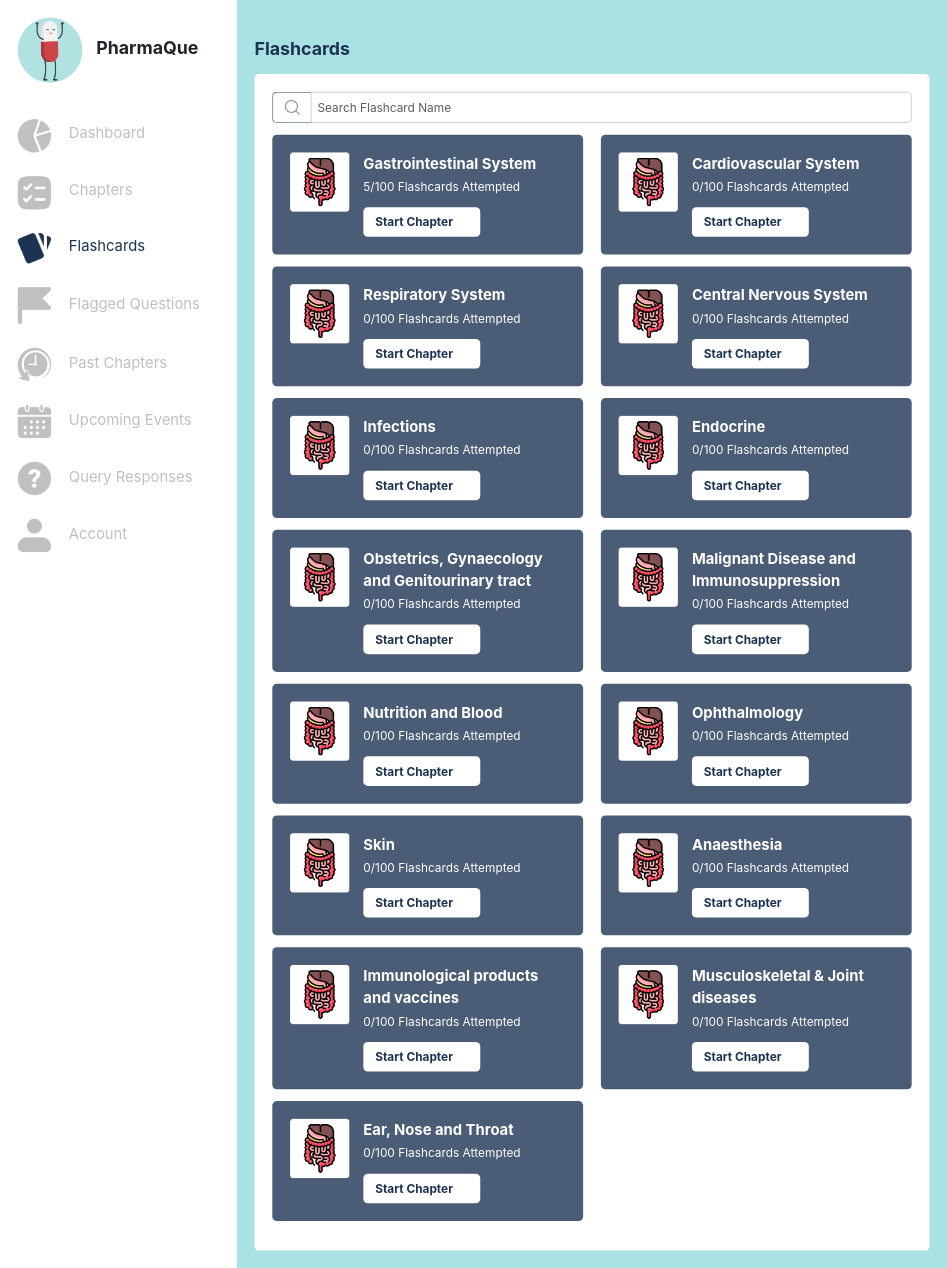
Repository: Kronium345/new_pharmaque_web_app
Page: /flashcards
An editor plug-in stored every save of this project. The page is shown before and after the next save, followed by the edit.
The browser window is 1280 px wide. The pictures show the whole page, at 74% of full size.
The page's requests for data from a server got no answer. The project was rebuilt for these pictures with package versions that can differ from the ones it lists, and the page was loaded fresh each time. No one was signed in, and anything a server would have sent is missing. Also part of the build but not shown: src/pages/Login.js, src/pages/MyAccount.js, src/pages/UpcomingEvents.js, src/pages/UpcomingEvents2.js, src/pages/Chapters.js, src/pages/Dashboard.js, src/pages/FlaggedQuestions.js, src/pages/FlashcardQuestion.js and 34 more.

Above is the page before, as saved 2024-03-10 22:53:32.

### public/index.html
<!DOCTYPE html>
<html lang="en">
  <head>
    <meta charset="utf-8" />
    <link rel="icon" type="image/x-icon" href="images/favicon.ico">
    <link href="https://cdn.jsdelivr.net/npm/bootstrap@5.3.2/dist/css/bootstrap.min.css" rel="stylesheet" integrity="sha384-T3c6CoIi6uLrA9TneNEoa7RxnatzjcDSCmG1MXxSR1GAsXEV/Dwwykc2MPK8M2HN" crossorigin="anonymous">
    <link href="style.css" rel="stylesheet">
    <meta name="viewport" content="width=device-width, initial-scale=1" />
    <meta name="theme-color" content="#000000" />
    <meta
      name="description"
      content="Web site created using create-react-app"
    />
    <link rel="apple-touch-icon" href="%PUBLIC_URL%/logo192.png" />
    <!--
      manifest.json provides metadata used when your web app is installed on a
      user's mobile device or desktop. See https://developers.google.com/web/fundamentals/web-app-manifest/
    -->
    <link rel="manifest" href="%PUBLIC_URL%/manifest.json" />
    <!--
      Notice the use of %PUBLIC_URL% in the tags above.
      It will be replaced with the URL of the `public` folder during the build.
      Only files inside the `public` folder can be referenced from the HTML.

      Unlike "/favicon.ico" or "favicon.ico", "%PUBLIC_URL%/favicon.ico" will
      work correctly both with client-side routing and a non-root public URL.
      Learn how to configure a non-root public URL by running `npm run build`.
    -->
    <title>PharmaQue Web App</title>
  </head>
  <body>
    <noscript>You need to enable JavaScript to run this app.</noscript>
    <div id="root"></div>
    <!--
      This HTML file is a template.
      If you open it directly in the browser, you will see an empty page.

      You can add webfonts, meta tags, or analytics to this file.
      The build step will place the bundled scripts into the <body> tag.

      To begin the development, run `npm start` or `yarn start`.
      To create a production bundle, use `npm run build` or `yarn build`.
    -->

    <script src = "script.js"></script>
  </body>
</html>

### src/pages/Flashcards.js
import axios from "axios";
import React, { useEffect } from "react";
import { useNavigate, Link } from "react-router-dom";
const Flashcards = () => {
  const navigate = useNavigate("");

  axios.defaults.withCredentials = true;
  useEffect(() => {
    axios.get("http://localhost:7171/auth/verify").then((res) => {
      if (res.data.status) {
      } else {
        navigate("/myaccount");
      }
      console.log(res);
    });
  }, []);

  return (
    <main>
      <div class="container-fluid p-0">
        <div class="row g-0">
          <div class="col-sm-3 leftnavigation p-4">
            <Link class="navbar-brand" to="/flashcards">
              <img src="images/Logo.png" alt="PharmaQue Logo" class="logo1" />
              <span class="fs-4 fw-bold mx-3">PharmaQue</span>
            </Link>
            <Link to="/dashboard" class="removeunderline inactivelink">
              <p class="pt-5 pb-3 m-0">
                <img
                  src="images/DashboardGrey.png"
                  class="navigationicon"
                  alt="navigation"
                />
                <span class="fs-5 navigationoption mx-4">Dashboard</span>
              </p>
            </Link>
            <Link to="/chapters" class="removeunderline inactivelink">
              <p class="py-3 m-0">
                <img
                  src="images/ChaptersGrey.png"
                  class="navigationicon"
                  alt="navigation"
                />
                <span class="fs-5 navigationoption mx-4">Chapters</span>
              </p>
            </Link>
            <Link to="/flashcards" class="removeunderline activelink">
              <p class="py-3 m-0">
                <img
                  src="images/FlashcardsColour.png"
                  class="navigationicon"
                  alt="navigation"
                />
                <span class="fs-5 navigationoption mx-4">Flashcards</span>
              </p>
            </Link>
            <Link to="/flaggedquestions" class="removeunderline inactivelink">
              <p class="py-3 m-0">
                <img
                  src="images/FlaggedQuestionsGrey.png"
                  class="navigationicon"
                  alt="navigation"
                />
                <span class="fs-5 navigationoption mx-4">
                  Flagged Questions
                </span>
              </p>
            </Link>
            <Link to="/pastchapters" class="removeunderline inactivelink">
              <p class="py-3 m-0">
                <img
                  src="images/PastChaptersGrey.png"
                  class="navigationicon"
                  alt="navigation"
                />
                <span class="fs-5 navigationoption mx-4">Past Chapters</span>
              </p>
            </Link>
            <Link to="/upcomingevents" class="removeunderline inactivelink">
              <p class="py-3 m-0">
                <img
                  src="images/UpcomingEventsGrey.png"
                  class="navigationicon"
                  alt="navigation"
                />
                <span class="fs-5 navigationoption mx-4">Upcoming Events</span>
              </p>
            </Link>
            <Link to="/queryresponses" class="removeunderline inactivelink">
              <p class="py-3 m-0">
                <img
                  src="images/QueryResponsesGrey.png"
                  class="navigationicon"
                  alt="navigation"
                />
                <span class="fs-5 navigationoption mx-4">Query Responses</span>
              </p>
            </Link>
            <Link to="/myaccount" class="removeunderline inactivelink">
              <p class="py-3 m-0">
                <img
                  src="images/AccountGrey.png"
                  class="navigationicon"
                  alt="navigation"
                />
                <span class="fs-5 navigationoption mx-4">Account</span>
              </p>
            </Link>
          </div>
          <div class="col-sm-9 p-4 maincontent">
            <p class="fs-4 mt-4 fw-bold navybluetext">Flashcards</p>
            <div class="row">
              <div class="col-sm-12">
                <div class="card p-4">
                  <form class="d-flex mb-3" role="search">
                    <div class="input-group">
                      <span class="input-group-text">
                        <img
                          src="images/SearchIcon.png"
                          class="smallericon mx-1"
                          alt="search"
                        />
                      </span>
                      <input
                        class="form-control px-2 py-2"
                        type="search"
                        placeholder="Search Flashcard Name"
                        aria-label="Search"
                      />
                    </div>
                  </form>
                  {FLASHCARDS.map((row, index) => (
                    <div class="row" key={index}>
                      {row.map((chapter, index) => (
                        <div class="col-sm-6 mb-3" key={index}>
                          <div class="card p-4 mediumbluebg">
                            <div class="row">
                              <div class="col-sm-3">
                                <img
                                  src="images/GastroIcon.png"
                                  class="icon"
                                  alt="icon"
                                />
                              </div>
                              <div class="col-sm-9">
                                <p class="fs-5 fw-bold whitetext mb-1">
                                  {chapter.name}
                                </p>
                                <p class="fs-6 whitetext mb-3">
                                  {chapter.questionsAttempted}
                                </p>

                                <Link
                                  to={chapter.link}
                                  class="removeunderline boldtext navybluetext fw-bold"
                                >
                                  <div class="px-3 py-2 whitebg pseudobutton">
                                    Start Chapter
                                  </div>
                                </Link>
                              </div>
                            </div>
                          </div>
                        </div>
                      ))}
                    </div>
                  ))}
                </div>
              </div>
            </div>
          </div>
        </div>
      </div>

      <script
        src="https://cdn.jsdelivr.net/npm/bootstrap@5.3.2/dist/js/bootstrap.bundle.min.js"
        integrity="sha384-C6RzsynM9kWDrMNeT87bh95OGNyZPhcTNXj1NW7RuBCsyN/o0jlpcV8Qyq46cDfL"
        crossorigin="anonymous"
      ></script>
      <script src="script.js"></script>
    </main>
  );
};

export default Flashcards;

const FLASHCARDS = [
  [
    {
      name: "Gastrointestinal System",
      image: "images/GastroIcon.png",
      questionsAttempted: "5/100 Flashcards Attempted",
      link: "/flashcardquestion",
    },
    {
      name: "Cardiovascular System",
      image: "images/CardioIcon.png",
      questionsAttempted: "0/100 Flashcards Attempted",
      link: "/flashcardquestion",
    },
  ],
  [
    {
      name: "Respiratory System",
      image: "images/RespiratoryIcon.png",
      questionsAttempted: "0/100 Flashcards Attempted",
      link: "/flashcardquestion",
    },
    {
      name: "Central Nervous System",
      image: "images/CNSIcon.png",
      questionsAttempted: "0/100 Flashcards Attempted",
      link: "/flashcardquestion",
    },
  ],
  [
    {
      name: "Infections",
      image: "images/InfectionsIcon.png",
      questionsAttempted: "0/100 Flashcards Attempted",
      link: "/flashcardquestion",
    },
    {
      name: "Endocrine",
      image: "images/EndocrineIcon.png",
      questionsAttempted: "0/100 Flashcards Attempted",
      link: "/flashcardquestion",
    },
  ],
  [
    {
      name: "Obstetrics, Gynaecology and Genitourinary tract",
      image: "images/GynaecologyIcon.png",
      questionsAttempted: "0/100 Flashcards Attempted",
      link: "/flashcardquestion",
    },
    {
      name: "Malignant Disease and Immunosuppression",
      image: "images/MalignantIcon.png",
      questionsAttempted: "0/100 Flashcards Attempted",
      link: "/flashcardquestion",
    },
  ],
  [
    {
      name: "Nutrition and Blood",
      image: "images/BloodIcon.png",
      questionsAttempted: "0/100 Flashcards Attempted",
      link: "/flashcardquestion",
    },
    {
      name: "Ophthalmology",
      image: "images/EyeIcon.png",
      questionsAttempted: "0/100 Flashcards Attempted",
      link: "/flashcardquestion",
    },
  ],
  [
    {
      name: "Skin",
      image: "images/SkinIcon.png",
      questionsAttempted: "0/100 Flashcards Attempted",
      link: "/flashcardquestion",
    },
    {
      name: "Anaesthesia",
      image: "images/AnaesthesiaIcon.png",
      questionsAttempted: "0/100 Flashcards Attempted",
      link: "/flashcardquestion",
    },
  ],
  [
    {
      name: "Immunological products and vaccines",
      image: "images/ImmunoIcon.png",
      questionsAttempted: "0/100 Flashcards Attempted",
      link: "/flashcardquestion",
    },
    {
      name: "Musculoskeletal & Joint diseases",
      image: "images/MusculoIcon.png",
      questionsAttempted: "0/100 Flashcards Attempted",
      link: "/flashcardquestion",
    },
  ],
  [
    {
      name: "Ear, Nose and Throat",
      image: "images/ENTIcon.png",
      questionsAttempted: "0/100 Flashcards Attempted",
      link: "/flashcardquestion",
    },
  ],
];

### src/quiz-styles/reset.css
.mainbg {
    background-image: url("./Blob.png");
    background-repeat: no-repeat;
    background-position: right;
    background-size: contain;
    background-color: #E9FFF9;
    min-height: 100vh;
}

.logo {

    max-width: 100px;
}

.smallicon {
    max-width: 25px;
    max-height: auto;
}

.smallericon {
    max-width: 20px;
    max-height: auto;
}

.tinyicon {
    max-width: 10px;
    max-height: auto;
}

.leftside {
    background-color: white;
    border-top-left-radius: 2%;
    border-bottom-left-radius: 2%;
}

.rightside {
    background-color: #9ED8D8;
    border-top-right-radius: 2%;
    border-bottom-right-radius: 2%;
}

.leftalign {
    text-align: left;
}

.form-label {
    font-size: 1.1rem;
}


.floatright {
    float: right;
}

.link {
    text-decoration: none;
    color: #212529;
}

.link:hover {
    font-weight: bold;
    text-decoration: underline;
}

.btn-primary {
    background-color: #1D3354;
    padding-top: 1%;
    padding-bottom: 2%;
    padding-left: 8%;
    padding-right: 8%;
}

.back {
    padding-left: 0%;
}

.btn-primary:hover {
    background-color: #212529;

}

### public/style.css
body {
  font: Helvetica;
}

.center {
  text-align: center;
}


.logo {

  max-width: 100px;
}

.logo1 {
  max-width: 90px;
}

.icon {
  max-width: 80px;
}

.midsizeicon {
  max-width: 70px;
}

.littlemidsizeicon {
  max-width: 60px;
}

.mediumicon {
  max-width: 40px;
}

.moderateicon {
  max-width: 30px;
}

.inline {
  display: inline !important;
}

.mainbg {
  background-image: url(images/Blob.png);
  background-repeat: no-repeat;
  background-position: right;
  background-size: contain;
  background-color: #E9FFF9;
}

.smallicon {
  max-width: 25px;
  max-height: auto;
}

.smallericon {
  max-width: 20px;
  max-height: auto;
}

.tinyicon {
  max-width: 10px;
  max-height: auto;
}

.leftside {
  background-color: white;
  border-top-left-radius: 2%;
  border-bottom-left-radius: 2%;
}

.rightside {
  background-color: #9ED8D8;
  border-top-right-radius: 2%;
  border-bottom-right-radius: 2%;
}

.leftalign {
  text-align: left;
}

.form-label {
  font-size: 1.1rem;
}


.floatright {
  float: right;
}

.link {
  text-decoration: none;
  color: #212529;
}

.link:hover {
  font-weight: bold;
  text-decoration: underline;
}

.btn-primary {
  background-color: #1D3354;
  padding-top: 1%;
  padding-bottom: 2%;
  padding-left: 8%;
  padding-right: 8%;
}

.back {
  padding-left: 0%;
}

.btn-primary:hover {
  background-color: #212529;

}

@media only screen and (max-width: 576px) {

  .leftside {
    background-color: white;
    border-top-left-radius: 2%;
    border-top-right-radius: 2%;

    border-bottom-left-radius: 0%;
    border-bottom-right-radius: 0%;

  }

  .rightside {
    background-color: #9ED8D8;
    border-bottom-left-radius: 2%;
    border-bottom-right-radius: 2%;

    border-top-left-radius: 0%;
    border-top-right-radius: 0%;
  }

  .back {
    padding-left: 0%;
    float: left !important;
    margin-top: 0% !important;
  }

}

.leftnavigation {
  background-color: #FFFFFF;
  min-height: 100vh;
}

.maincontent {
  background-color: #A9E2E2;
  min-height: 100vh;
}

.navigationicon {
  max-width: 45px;
  display: inline;
}

.navigationoption {
  display: inline;

}

.removeunderline {
  text-decoration: none;
}

.removeunderline:hover {
  text-decoration: underline;
}

.activelink {
  color: #1D3354;
}

.activelink:hover {
  color: #1D3354;
  font-weight: bold;
}

.inactivelink {
  color: #BFC0C0;
}

.inactivelink:hover {
  color: #BFC0C0;
  font-weight: bold;
}

.navybluetext {
  color: #1D3354;
}

.greytext {
  color: #475467;
}

.card {
  border: 0px;
}

.circular-progress {

  --size: 240px;
  --half-size: calc(var(--size) / 2);
  --stroke-width: 30px;
  --radius: calc((var(--size) - var(--stroke-width)) / 2);
  --circumference: calc(var(--radius) * pi * 2);
  --dash: calc((var(--progress) * var(--circumference)) / 100);
  animation: progress-animation 1s linear 0s 1 forwards;
}

.circular-progress circle {
  cx: var(--half-size);
  cy: var(--half-size);
  r: var(--radius);
  stroke-width: var(--stroke-width);
  fill: none;
  stroke-linecap: round;
}

.circular-progress circle.bg {
  stroke: #ddd;
}

.circular-progress circle.fg {
  transform: rotate(-90deg);
  transform-origin: var(--half-size) var(--half-size);
  stroke-dasharray: var(--dash) calc(var(--circumference) - var(--dash));
  transition: stroke-dasharray 0.3s linear 0s;
  stroke: #1D3354;
}

@property --progress {
  syntax: "<number>";
  inherits: false;
  initial-value: 0;
}

@keyframes progress-animation {
  from {
    --progress: 0;
  }

  to {
    --progress: 25;
  }
}

.borderbottom {
  border-bottom: 1px solid #BFC0C0;
}

.bordertop {
  border-top: 1px solid #BFC0C0;
}

.halveopacity {
  opacity: 50%;
}

.navybluebg {
  background-color: #1D3354;
}

.whitetext {
  color: #FFFFFF;
}

.borderradius {
  border-radius: 10px;
}

.form-control {
  border-right: solid 1px #1D3354;
  border-top: solid 1px #1D3354;
  border-bottom: solid 1px #1D3354;
  border-left: 0px;
}

.input-group-text {
  background-color: #FFFFFF;
  border-left: solid 1px #1D3354;
  border-top: solid 1px #1D3354;
  border-bottom: solid 1px #1D3354;
  border-right: 0px;
}

.mediumbluebg {
  background-color: #4A5C76;
}

.whitebg {
  background-color: #FFFFFF;
}

.pseudobutton {
  border-radius: 6px;
  max-width: 158px;
}

.redtext {
  color: #E0243C;
}

.mediumbluetext {
  color: #467599;
}

.btn-secondary {
  width: 50%;
  border: 1px solid #BFC0C0;
  border-radius: 10px;
  background-color: #FFFFFF;
  text-align: left;
  color: #1D3354;
}

.btn-secondary:hover {
  width: 50%;
  border: 1px solid #999A9A;
  border-radius: 10px;
  background-color: #DDDDDD;
  text-align: left;
  color: #1D3354;
}

.btn-deactivated {
  background-color: #BFC0C0;
  color: #FFFFFF;
}


.btn-deactivated:hover {
  background-color: #999A9A;
  color: #FFFFFF;
}

.fitcontent {
  width: fit-content;
}

.form-control {
  border: solid 1px #BFC0C0;
}

.aligntop {
  vertical-align: top;
}

.buttonstyle {
  background-color: transparent;
  border: none;
  padding: 0px;
  margin: 0px;
}

.navybluebg {
  background-color: #1D3354;
}

.frontcardbg {
  background-color: #D9D9D9;
  border-radius: 10px;

}

.flipbutton {
  background-color: transparent;
  border: none;
}

.backcardbg {
  background-color: #1D3354;
  border-radius: 10px;
  transform: rotateY(180deg);
  position: absolute;
  width: 100%;
}

.maincard {
  transform-style: preserve-3d;
  transform-origin: center right;
  transition: all 0.5s;
}

.bothcards {
  backface-visibility: hidden;
}

.flipped {
  transform: translateX(-100%) rotateY(-180deg);
}

.hide {
  display: none;
}

.rotate {
  transform: rotate(180deg);
}

.lightgrey {
  background-color: #D2D6DD;
  border-radius: 8px;

}

.addeventbutton {
  background-color: transparent;
  border: none;
}

.floatleft {
  float: left;
}

.btn-tertiary {
  background-color: #4A5C76;
  color: #FFFFFF;
  border-radius: 10px;
  width: 25%;
  border: 0px;
}

.btn-tertiary:hover {
  background-color: #313d4e;
  color: #FFFFFF;
}

.mediumnavytext {
  color: #4A5C76;
}

.btn-outline-secondary {
  background-color: #4A5C76;
  color: #FFFFFF;
  border-radius: 0px 10px 10px 0px;
}

.btn-outline-secondary:hover {
  background-color: #313d4e;
  color: #FFFFFF;
}

.form-select {
  border: 1px solid #BFC0C0;
}

.progress {
  background-color: #FFFFFF;
}

.progress-bar {
  background-color: #1D3354;
}

.form-check {
  background-color: #FFFFFF;
  border: solid 1.5px #BFC0C0;
  border-radius: 10px;
}


.form-check-input {
  float: right !important;
  border: 1.5px solid #1D3354;

}

.form-check-input:checked {
  background-color: #1D3354;
  border-color: #1D3354;
}


input[type="radio"]:checked+label {
  border: 4px solid #1D3354;
  border-radius: 50%;
}

.pointercursor {
  cursor: pointer;
}

.verticalcenter {
  display: flex;
  align-items: center;
}

.halfopacity {
  opacity: 50%;
}

.fullborder {
  border: 1px solid #BFC0C0;
  border-radius: 10px;
}

.checkboxsize {
  width: 16px;
  height: 16px;
  accent-color: #1D3354;
}

.flip-card {
  background-color: transparent;
  width: 100%;
  height: 100%;
  border-radius: 10px;
  z-index: 10000;
}

.flip-card-inner {
  position: relative;
  width: 100%;
  min-height: 200px;
  text-align: center;
  transition: transform 0.6s;
  transform-style: preserve-3d;
}

.flip-card-front,
.flip-card-back {
  position: absolute;
  width: 100%;
  -webkit-backface-visibility: hidden;
  backface-visibility: hidden;
}

.flip-card-front {
  background-color: #bbb;
  border-radius: 10px;
  color: black;
}

.flip-card-back {
  background-color: #2980b9;
  color: white;
  transform: rotateY(180deg);
}

### public/script.js
const tile = document.querySelector(".maincard");

tile.addEventListener("click", function () {
  tile.classList.toggle("flipped");
});

function toggleQuestion() {
  var element = document.querySelector(".questionholder");
  element.classList.toggle("hide");

  var x = document.querySelector(".questionshowingtext");
  if (x.innerHTML === "Show Question") {
    x.innerHTML = "Hide Question";
  } else {
    x.innerHTML = "Show Question";
  }

  var y = document.querySelector(".showquestionicon");
  y.classList.toggle("rotate");
}

Loaded but not shown: src/index.js (common file); src/index.css (common file); src/reportWebVitals.js (common file); src/App.js (94 lines, source omitted)

After the next save:
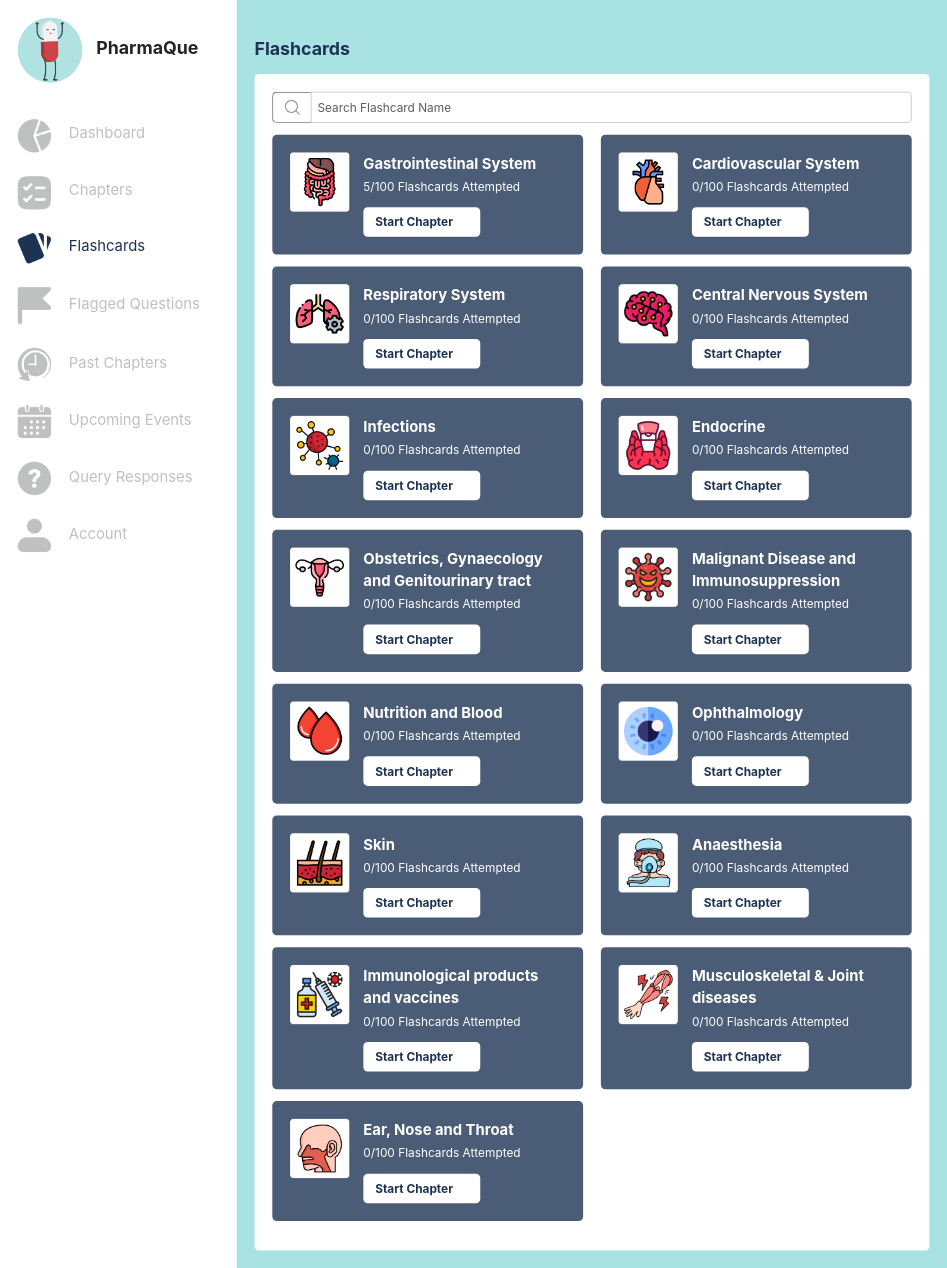
Saved 7 s later.
--- a/src/pages/Flashcards.js
+++ b/src/pages/Flashcards.js
@@ -137,7 +137,7 @@ const Flashcards = () => {
                             <div class="row">
                               <div class="col-sm-3">
                                 <img
-                                  src="images/GastroIcon.png"
+                                  src={chapter.image}
                                   class="icon"
                                   alt="icon"
                                 />
